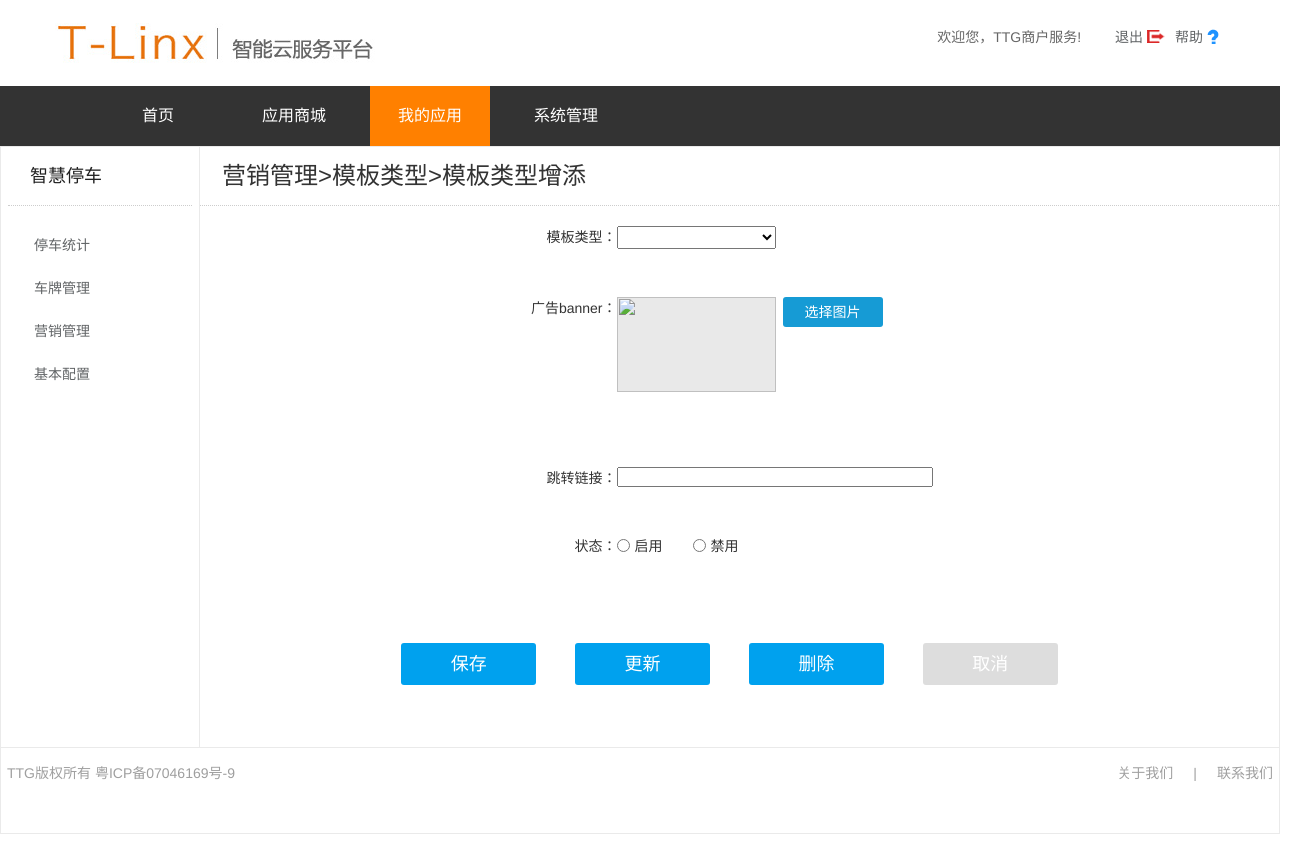
Repository: Keori/ParkCar
Page: admin/商户云/智慧停车/ManageChild.html
These files come from the project's save history. The page is drawn as it stood at one moment and after the next save; the edit follows.
The browser window is 1280 px wide. The page is 1293 px wide, so the pictures cover 1293 px, including what lies to the right of the window. The pictures show the whole page.

Above is the page before, as saved 2018-12-25 20:02:17.

### admin/商户云/智慧停车/ManageChild.html
<!DOCTYPE html>
<html lang="en">
<head>
    <meta charset="utf-8">
    <meta name="viewport" content="initial-scale=1.0,width=device-width" />
    <meta name="keywords" content="" />
    <meta name="description" content="" />
    <title>会员卡</title>
    <link href="../css/reset.css" type="text/css" rel="stylesheet"/>
    <link href="../css/layout.css" type="text/css" rel="stylesheet"/>
    <script type="text/javascript" src="../js/jquery-3.1.1.min.js"></script>
    <script type="text/javascript" src="../js/vue.js"></script>
    <!-- <script type=text/javascript>
        // $(document).ready(function() {
        //     $(".select select").selectbox();
        // });
        function previewImage(file)
        {
            let div = document.getElementById('preview');
            if (file.files && file.files[0])
            {
                div.innerHTML ='<img id=imghead>';
                let img = document.getElementById('imghead');
                // img.onload = function(){
                //     let rect = clacImgZoomParam(MAXWIDTH, MAXHEIGHT, img.offsetWidth, img.offsetHeight);
                //     img.width  =  rect.width;
                //     img.height =  rect.height;
                //     img.style.marginTop = rect.top+'px';
                // };
                let reader = new FileReader();
                reader.onload = function(evt){img.src = evt.target.result;};
                reader.readAsDataURL(file.files[0]);
            }
            else
            {
                let sFilter='filter:progid:DXImageTransform.Microsoft.AlphaImageLoader(sizingMethod=scale,src="';
                file.select();
                let src = document.selection.createRange().text;
                div.innerHTML = '<img id=imghead>';
                let img = document.getElementById('imghead');
                img.filters.item('DXImageTransform.Microsoft.AlphaImageLoader').src = src;
                let rect = clacImgZoomParam(MAXWIDTH, MAXHEIGHT, img.offsetWidth, img.offsetHeight);
                status =('rect:'+rect.top+','+rect.left+','+rect.width+','+rect.height);
                div.innerHTML = "<div id=divhead style='width:"+rect.width+"px;height:"+rect.height+"px;margin-top:"+rect.top+"px;"+sFilter+src+"\"'></div>";
            }
        }
        function clacImgZoomParam( maxWidth, maxHeight, width, height ){
            let param = {top:0, left:0, width:width, height:height};
            if( width>maxWidth || height>maxHeight )
            {
                rateWidth = width / maxWidth;
                rateHeight = height / maxHeight;

                if( rateWidth > rateHeight )
                {
                    param.width =  maxWidth;
                    param.height = Math.round(height / rateWidth);
                }else
                {
                    param.width = Math.round(width / rateHeight);
                    param.height = maxHeight;
                }
            }
            param.left = Math.round((maxWidth - param.width) / 2);
            param.top = Math.round((maxHeight - param.height) / 2);
            return param;
        }
    </script> -->
</head>
<body>
<header class="header index_header">
    <div class="top w1170">
        <div class="logo"><i></i><img src="../images/logo.jpg" alt=""/></div>
        <div class="top_right">欢迎您，TTG商户服务! <span class="icon out_icon"><a href="">退出<code></code></a></span><span class="icon help_icon"><a href="">帮助<code></code></a></span></div>
    </div>

    <menu class="menu">
        <div class="w1170">
            <ul>
                <li><a href="">首页</a></li>
                <li><a href="">应用商城</a></li>
                <li class="on"><a href="">我的应用</a></li>
                <li><a href="">系统管理</a></li>
            </ul>
        </div>
    </menu>
</header>
<section id="content" class="content content1170">
    <aside class="left_con">
        <div class="left_con_tit borderb">智慧停车</div>

        <ul>
            <li><a href="ParkComputed.html">停车统计</a></li>
            <li><a href="ParkManage.html">车牌管理</a></li>
            <li>
                <h1><a class='pagetitle' href="javascript:;" @click='ManageType'>营销管理</a><i></i></a>
                <div class='secondary' v-show='type'>
                    <h2 :class="{active:changeGray===1}" @click='change(1)'>
                        <a class='nextselect' href="Manage.html">
                            <span class='blockText'>模板类型</span>
                        </a>
                    </h2>
                    <h2 :class="{active:changeGray===2}" @click='change(2)'>
                        <a class='nextselect' href="Manage2.html">
                            <span class='blockText'>广告类型</span>
                        </a>
                    </h2>
                </div>
            </li>
            <li><a href="Basic.html">基本配置</a></li>
        </ul>
    </aside>
    <section id="boxRight" class="boxRight">
        <div class="boxRight_tit f1 borderb">营销管理>模板类型>模板类型增添</div>
        <article class="boxRightCon">
            <ul class="sel_mod">
                    <li>
                        <span class="name sel_th2">模板类型：</span>
                        <div class='selectSet'>
                            <select name="" id="select" @onchange='selectmes($event)'>
                                <!-- <option value="-1">--请选择--</option> -->
                                <option value="0" v-for='option in options' :value='option.id'></option>
                            </select>
                        </div>
                    </li>
                    <li>
                        <span class="name sel_th2">广告banner：</span>
                        <div class="selectionDisplay" id="preview"><img :src="updataMessage.templateImg" alt=""></div>
                        <div class="formInlineBlock jb_btn filePic"><input @change="upImg($event,'front')" name="file" type="file" id="filepic" accept="image/png, image/jpeg, image/gif, image/jpg"/><label for="filepic" class="changeColor">选择图片</label></div></li>
                    <li>
                        <span class="name sel_th2">跳转链接：</span>
                        <span class="radioBox"><input name="radio" id="radio3" class="write" checked v-model='updataMessage.templateUrl'/></span>
                    </li>
                    <li>
                        <span class="name sel_th2">状态：</span>
                        <span class="radioBox"><input value=2 name="radio" type="radio" id="radio1" checked  v-model='updataMessage.templateStatus'/><label for="radio1">启用</label></span>
                        <span class="radioBox"><input value=3 name="radio" type="radio" id="radio2" v-model='updataMessage.templateStatus' /><label for="radio2">禁用</label></span>
                    </li>
                </ul>
            <div class="clear"></div>
        </article>
        <div class="vip_btn center">
            <div class="btn fabu_btn"><a @click='save'>保存</a></div>
            <div class="btn fabu_btn"><a @click='updatas'>更新</a></div>
            <div class="btn fabu_btn"><a @click='removes'>删除</a></div>
            <div class="btn save_btn"><a class='close'>取消</a></div>
        </div>
    </section>
    <footer class="footer">
        <div class="w1000">
            <p class="footer_a fl">TTG版权所有   粤ICP备07046169号-9</p>
            <p class="footer_b fr"><a href="">关于我们</a>|<a href="">联系我们</a></p>
        </div>
    </footer>
</section>
<script type='text/javascript'>
new Vue({
    el: '#content',
    data(){
        return{
            options:[
                {id:0,name:'111'},
                {id:1},
                {id:2},
        ],
            changeGray: '',
            type: false,
            add:[],
            stora: {},
            remove: {},
            updata: {},
            id: '',
            Img:'',
            formData: new FormData(),
            updataMessage: {
                id: "",
                templateId: "",
                templateName: "",
                templateUrl: "",
                templateImg: "",
                templateStatus:"" ,
                tempCategoryCode: "",
                note: "",
            }
        }
    },
    methods:{
        save(){
            let params = JSON.stringify(this.updataMessage)
            $.ajax({
            url: 'http://q214e81040.iask.in:32642/merchant/Advertisement/add',
            type: 'post',
            contentType: 'application/json;charset=uft-8',
            data: params,
            statusCode: {
            404:() => {
                alert('网络错误') //报错提示
            }
                },
            success:(params) => {
                this.add = params
                console.log(this.add)
                // window.location.href='Manage.html'
            }
        })
        },
        updatas(){
            let url = location.search
            this.id = url.split('?=')[1]
            console.log(this.id);
            let params = JSON.stringify({})
            $.ajax({
                url: 'http://q214e81040.iask.in:32642/merchant/Advertisement/info/' + this.id,
                type: 'get',
                statusCode: {
                    404:() => {
                        alert('网络错误')
                    }
                },
                success:(params) => {
                    this.stora = params.data
                    console.log(this.stora);
                    let param = JSON.stringify({})
                    $.ajax({
                    url:'http://q214e81040.iask.in:32642/merchant/Advertisement/update',
                    type: 'patch',
                    contentType: 'application/json;charset=uft-8',
                    data:params,
                    statusCode:{
                        404:() => {
                            alert('网络错误')
                        }
                    },
                    success:(params) => {
                        this.updata = params
                        console.log(this.updata)
                        // window.location.href='Manage.html'
                    }
                    })
                }
            })
        },
        removes(){
            let url = location.search
            this.id = url.split('?=')[1]
            console.log(this.id);
            let params = JSON.stringify({})
            $.ajax({
            url: 'http://q214e81040.iask.in:32642/merchant/Advertisement/delete/' + this.id,
            type: 'delete',
            statusCode: {
                404:() => {
                    alert('网络错误')
                }
            },
            success:(params) => {
                this.remove = params.data
                console.log(this.remove);
            }
        })
        },
        ManageType(){
            if(this.type === false){
                this.type = true
            }else{
                this.type = false
            }
        },
        change(num){
            this.changeGray = num
        },
        upImg($event,type){
				var that = this;
				// 阻止默认事件
				event.preventDefault();
				var file = event.target.files[0];
				var percentage;
				if(file.size > 52428800) {
					return false;
				} else if(file.size < 51200) {
					percentage = .7
				} else if(file.size > 307200) {
					percentage = .4
				} else {
					percentage = .5
				}
				var reader = new FileReader();
				reader.readAsDataURL(file);
				reader.onload = function(e) {
					var canvas = document.createElement('canvas');
					var cxt = canvas.getContext('2d');
					var img = new Image();
					img.src = this.result;
					img.onload = function() {
						var w = img.width;
						var h = img.height;
						canvas.width = w;
						canvas.height = h;
						cxt.drawImage(img, 0, 0, w, h);
						//获取base64路径
						var basestr = canvas.toDataURL(file.type, percentage);
						var text = window.atob(basestr.split(",")[1]);
						var buffer = new Uint8Array(text.length);
						for(var i = 0; i < text.length; i++) {
							buffer[i] = text.charCodeAt(i);
						}
						var blob = getBlob([buffer], file.type);
						that.formData.set('file',blob,file.name); //传文件到formdata
						var Form = that.formData;
                        $.ajax({
                            url:'http://q214e81040.iask.in:32642/sys/util/upload',
                            type: 'post',
                            data: Form,
                            contentType: false,
                            processData: false,
                            statusCode:{
                                404:() => {
                                    alert('网络错误')
                                }
                            },
                            success: (params) => {
                                that.Img = params.data
                                let data1 = JSON.stringify({"filename":that.Img})
                                //工具接口SHOWIMG
                                var url = 'http://q214e81040.iask.in:32642/sys/util/showimg';
                                var xhr = new XMLHttpRequest();
                                xhr.open('post', url, true);
                                xhr.responseType = "blob";
                                xhr.setRequestHeader("Content-type","application/json;charset=UTF-8");
                                xhr.onload = function() {
                                    if (this.status == 200) {
                                        var blob = this.response;
                                        that.updataMessage.templateImg= window.URL.createObjectURL(blob)
                                    }
                                }
                                xhr.send(data1);
                            }
                        })
					}
				}
			},
            blobToDataURL(blob, callback) {
                let a = new FileReader();
                a.onload = function (e) { callback(e.target.result); }
                a.readAsDataURL(blob);
        },
        selectmes($event){
            let params = JSON.stringify({})
            $.ajax({
                url: 'http://q214e81040.iask.in:32642/merchant/Advertisement/category/list',
                type: 'get',
                contentType: 'application/json;charset=uft-8',
                data: params,
                statusCode:{
                    404:() => {
                        alert('网络错误')
                    }
                },
                success:(params) => {
                    this.options = params
                    console.log(this.options)
                }
            })
        }
    },
    created(){
    }
})
	/**
	 * 获取blob对象的兼容性写法
	 * @param buffer
	 * @param format
	 * @returns {*}
	 */
    function getBlob(buffer, format) {
		try {
			return new Blob(buffer, {
				type: format
			});
		} catch(e) {
			var bb = new(window.BlobBuilder || window.WebKitBlobBuilder || window.MSBlobBuilder);
			buffer.forEach(function(buf) {
				bb.append(buf);
			});
			return bb.getBlob(format);
		}
	}
</script>
</body>
<style>
.nextselect{
    font-size: 14px;
}
.active{
    background: #EEEEEE
}
.blockText{
    display: block;
    width: 130px;
    height: 37.6px;
    margin: auto;
}


.selectSet{
    position: relative;
    width: 159px;
    height: 23.2px;
}
.selectSet>select{
    width: 159px;
    height: 23.2px;
    text-align: center;
    text-align-last: center;
}
.selectSet>select>option{
    text-align: center
}



.boxRightCon{
    display: flex;
    justify-content: center;
}
.save_btn>a{
    background:#DDDDDD
}
.write{
    width: 312px;
}
.sel_mod>li{
    display: flex;
    margin: 0 0 48px 0;
}
.sel_mod>li:nth-child(2){
    margin: 0 0 75px 0;
}
.changeColor{
    background: #169BD5 !important;
}
.name{
    display: block;
    width: 100px;
}
.photo{
    display: block;
    width: 300px;
    height: 150px;
    background: rgba(233,233,233,0.6);
    color: #A399A3;
    text-align: center;
    line-height: 150px;
}
.file {
    display: inline-block;
    background: #169BD5;
    border: 1px solid #99D3F5;
    border-radius: 4px;
    padding: 4px 12px;
    overflow: hidden;
    color: #FFFFFF;
    text-decoration: none;
    text-indent: 0;
    line-height: 20px;
    text-align: center;
    margin-left: 12px;
    width: 100px;
    height: 34px;
}
.file input {
    position: absolute;
    font-size: 100px;
    right: 0;
    top: 0;
    opacity: 0;
}
.file:hover {
    background: #AADFFD;
    border-color: #78C3F3;
    color: #FFFFFF;
    text-decoration: none;
}
</style>
</html>

Loaded but not shown: admin/商户云/js/jquery-3.1.1.min.js (library); admin/商户云/js/vue.js (library); admin/商户云/css/layout.css (845 lines, source omitted); admin/商户云/css/reset.css (322 lines, source omitted)

After the next save:
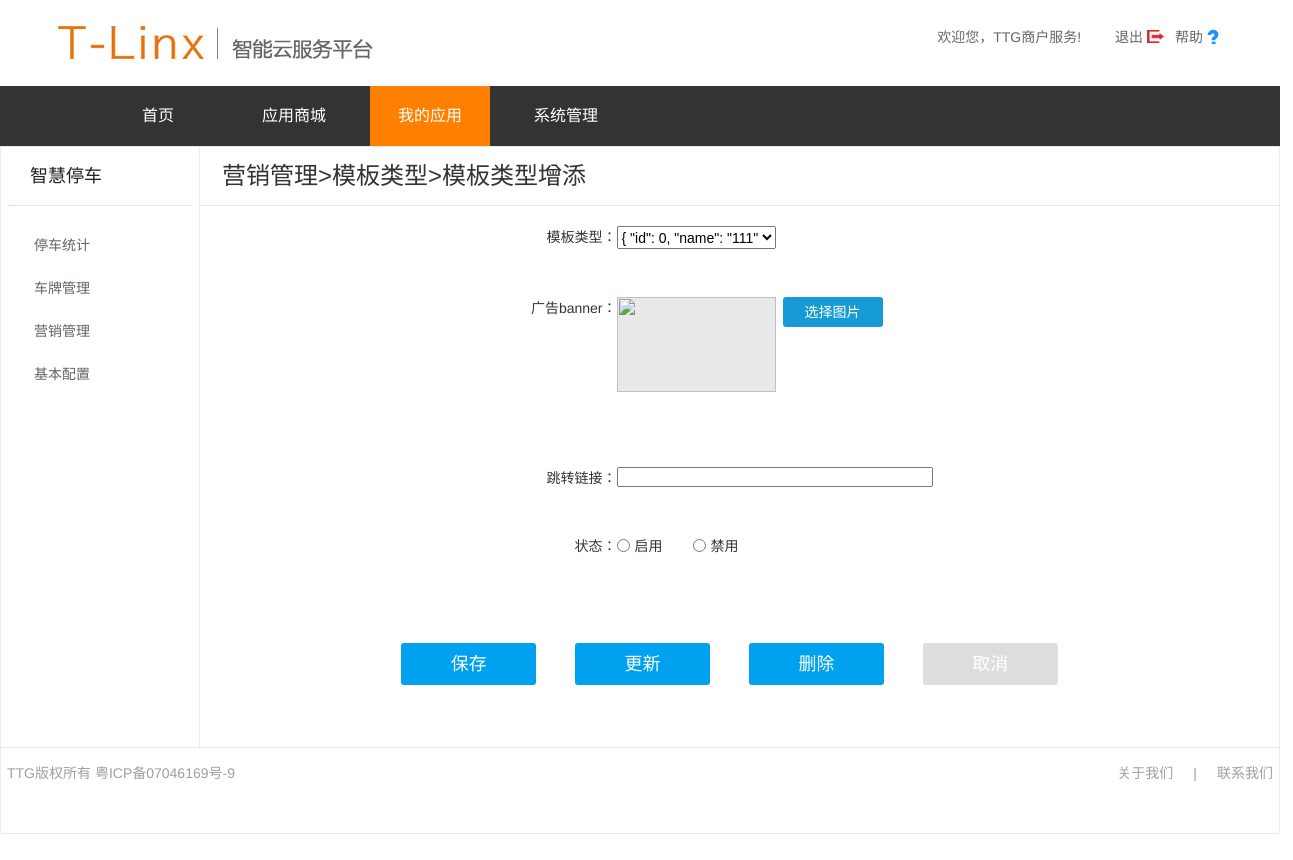
Saved 36 s later.
--- a/admin/商户云/智慧停车/ManageChild.html
+++ b/admin/商户云/智慧停车/ManageChild.html
@@ -119,7 +119,7 @@
                         <div class='selectSet'>
                             <select name="" id="select" @onchange='selectmes($event)'>
                                 <!-- <option value="-1">--请选择--</option> -->
-                                <option value="0" v-for='option in options' :value='option.id'></option>
+                                <option value="0" v-for='option in options' :value='option.id'>{{option}}</option>
                             </select>
                         </div>
                     </li>
